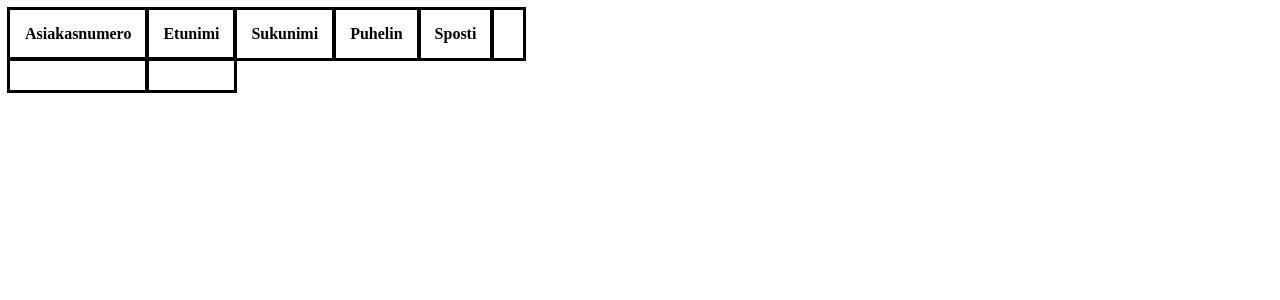
Repository: sstenu/Asiakasohjelma-ajaxilla
Page: http://localhost/FrontBack/lisaaasiakas.jsp
The author's editor kept a copy of each file at every save. The page is drawn from the files as they stood at one save, then again after the next save.
The browser window is 1280 px wide. The pictures show the whole page.
The page is served by Tomcat 9. Other server files are loaded and not shown.

Above is the page before, as saved 2021-11-25 11:20:55.

### FrontBack/src/main/webapp/lisaaasiakas.jsp
<%@ page language="java" contentType="text/html; charset=ISO-8859-1"
    pageEncoding="ISO-8859-1"%>
<!DOCTYPE html>
<html>
<head>
<meta charset="ISO-8859-1">
<script src="https://ajax.googleapis.com/ajax/libs/jquery/3.4.1/jquery.min.js"></script>
<script src="http://ajax.aspnetcdn.com/ajax/jquery.validate/1.15.0/jquery.validate.min.js"></script>
<link rel="stylesheet" type="text/css" href="css/tyyli.css">
<title>Tehtävä5</title>
</head>
<body>
	<form id="tiedot">
		<table>
			<thead>
				<tr>
					<th>Asiakasnumero</th>
					<th>Etunimi</th>
					<th>Sukunimi</th>
					<th>Puhelin</th>
					<th>Sposti</th>
					<th></th>
				</tr>
			</thead>
			<tbody>
				<tr>
					<td>
					<td>

				</tr>
			</tbody>
		</table>
	</form>

</body>
</html>

### FrontBack/src/main/webapp/css/tyyli.css
@charset "ISO-8859-1";

.oikealle{
	text-align:right;
}

th, td {
	outline-style:solid;
	padding: 15px;
}

tr:nth-child(even) {background-color: #f2f2f2;}

After the next save:
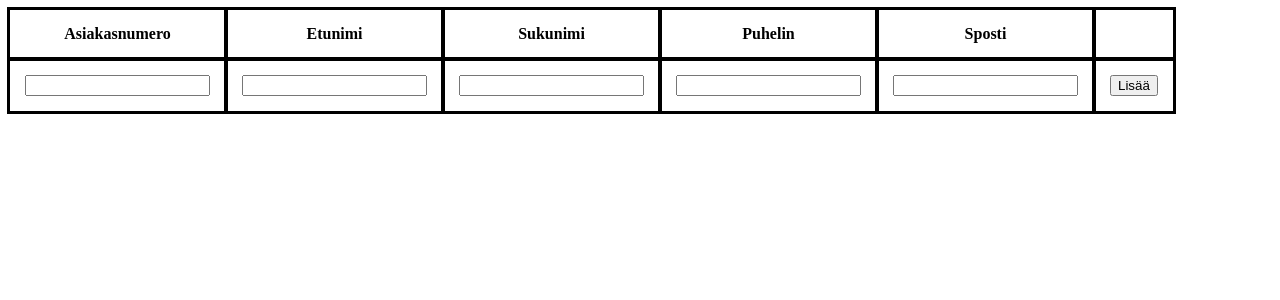
Saved 2 min 55 s later.
--- a/FrontBack/src/main/webapp/lisaaasiakas.jsp
+++ b/FrontBack/src/main/webapp/lisaaasiakas.jsp
@@ -24,9 +24,12 @@
 			</thead>
 			<tbody>
 				<tr>
-					<td>
-					<td>
-
+					<td><input type="text" name="asiakasNro id="asiakasNro"></td>
+					<td><input type="text" name="etunimi" id="etunimi"></td>
+					<td><input type="text" name="sukunimi" id="sukunimi"></td>
+					<td><input type="text" name="puhelin" id="puhelin"></td>
+					<th><input type="text" name="sposti" id="sposti"></th>
+					<td><input type="submit" id="tallenna" value="Lisää"></td>
 				</tr>
 			</tbody>
 		</table>
